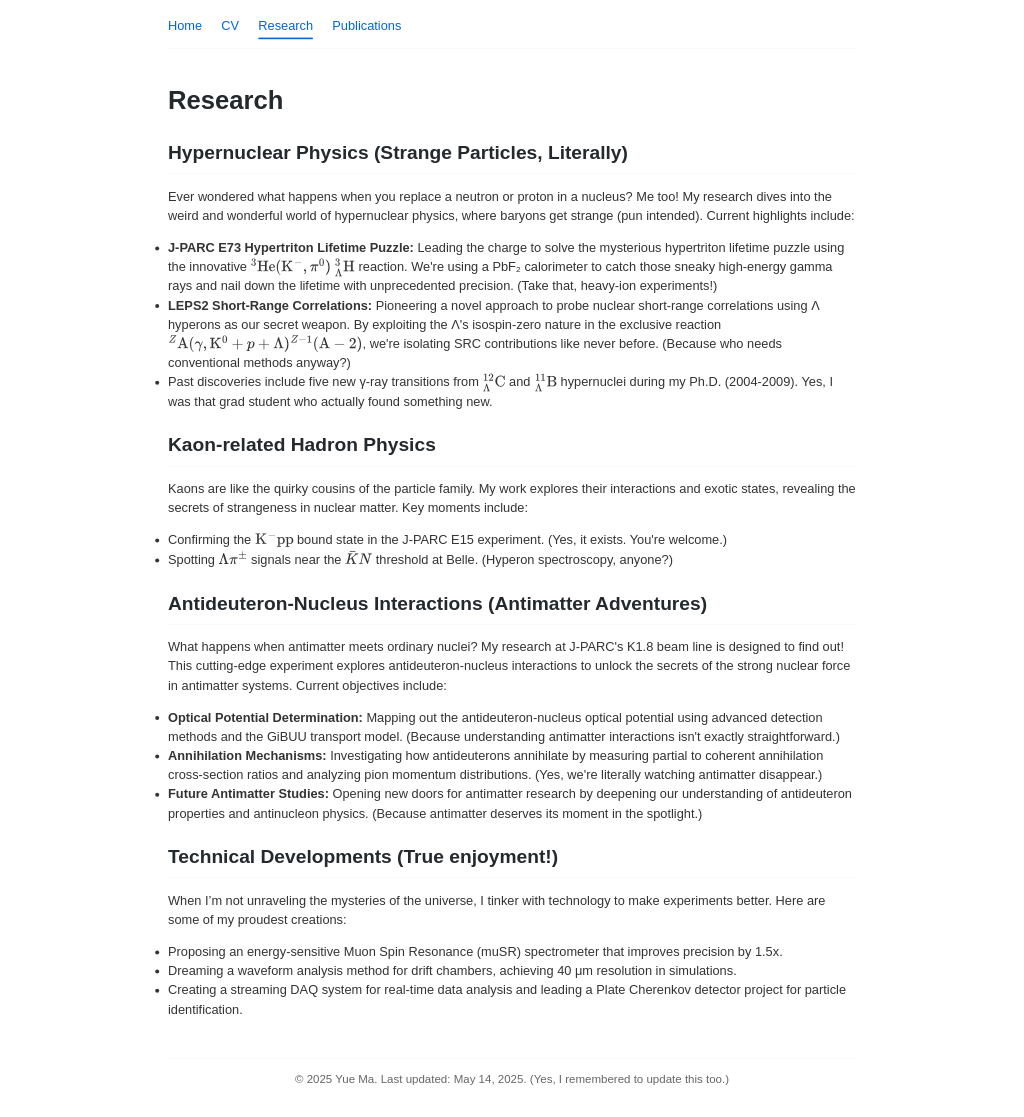
Repository: ymaphys/ymaphys.github.io
Page: research.html
An editor plug-in stored every save of this project. The page is shown before and after a run of saves, followed by the edit.
The browser window is 1280 px wide. The pictures show the whole page, at 80% of full size.

Above is the page before, as saved 2025-05-30 07:37:11.
Console error: TypeError: Cannot set properties of null (setting 'textContent')

After the next 2 saves:
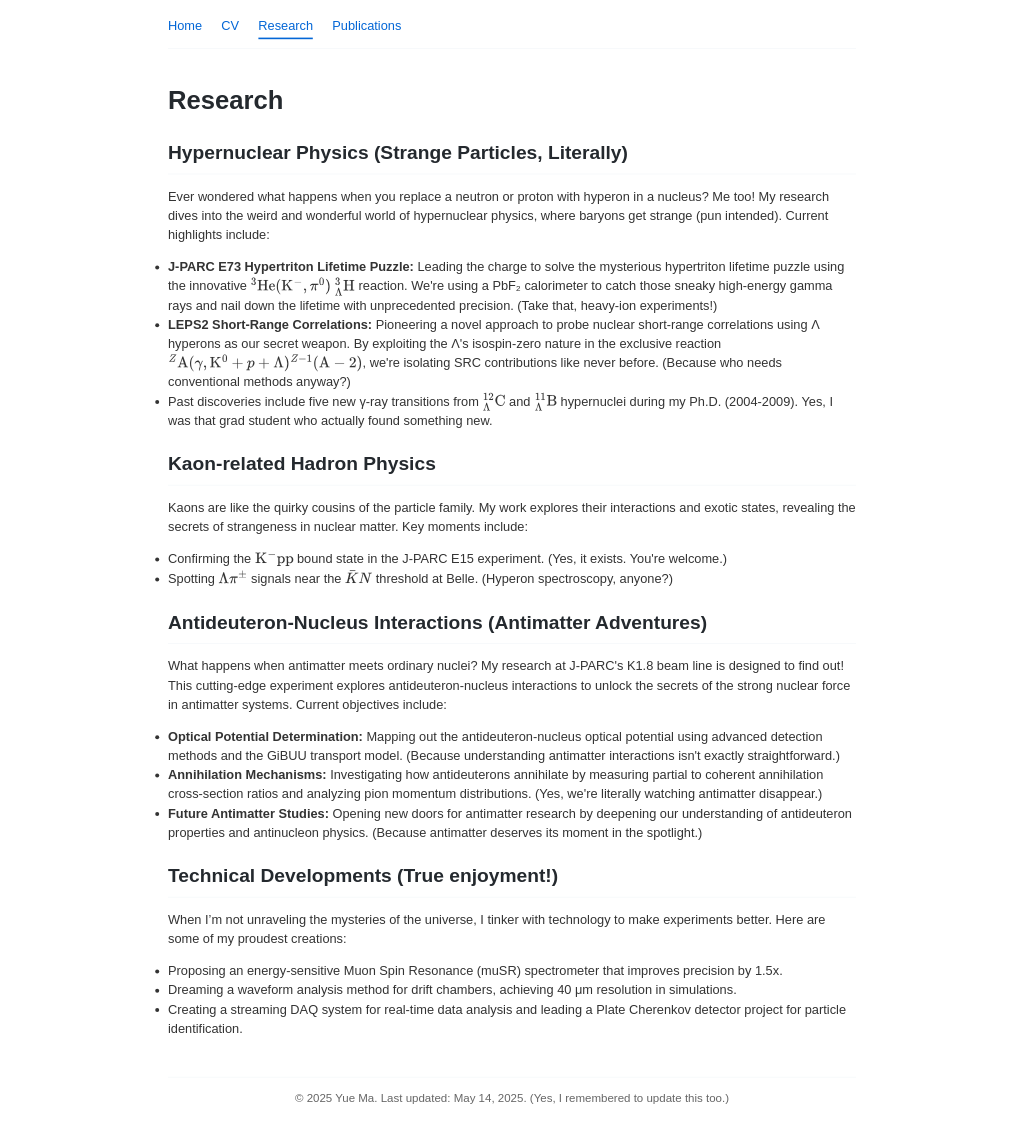
The 2 saves are shown as one change because they came seconds apart.
The last was saved 10 s later.
--- a/research.html
+++ b/research.html
@@ -45,7 +45,8 @@
         <section id="hypernuclear-physics">
             <h2>Hypernuclear Physics (Strange Particles, Literally)</h2>
             <p>
-                Ever wondered what happens when you replace a neutron or proton in a nucleus? Me too!
+                Ever wondered what happens when you replace a neutron or proton with hyperon
+                in a nucleus? Me too!
                 My research dives into the weird and wonderful world of hypernuclear physics,
                 where baryons get strange (pun intended). Current highlights include:
             </p>
